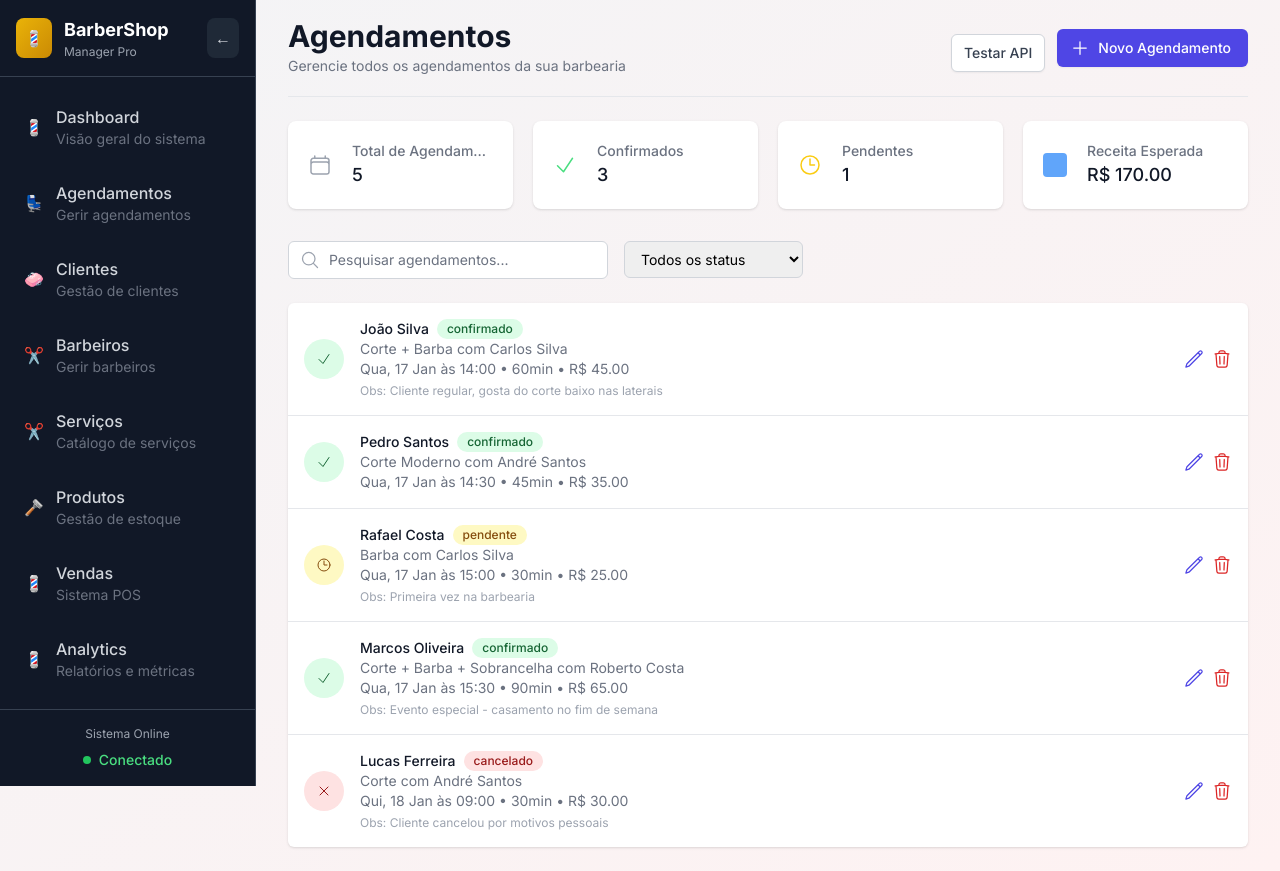
Repository: MichelAlmeida1990/App-Barber-
Page: /admin/appointments (app in frontend/)
An editor plug-in stored every save of this project. The page is shown before and after the next save, followed by the edit.
The browser window is 1280 px wide. The pictures show the whole page.
The page's requests for data from a server got no answer. The project was rebuilt for these pictures with package versions that can differ from the ones it lists, and the page was loaded fresh each time. The framework's server and built-in components were replaced by stand-ins that run in the browser. No one was signed in, and anything a server would have sent is missing. Also part of the build but not shown: frontend/next.config.js, frontend/next.config.ts.

Above is the page before, as saved 2025-07-20 13:28:56.

After the next save:
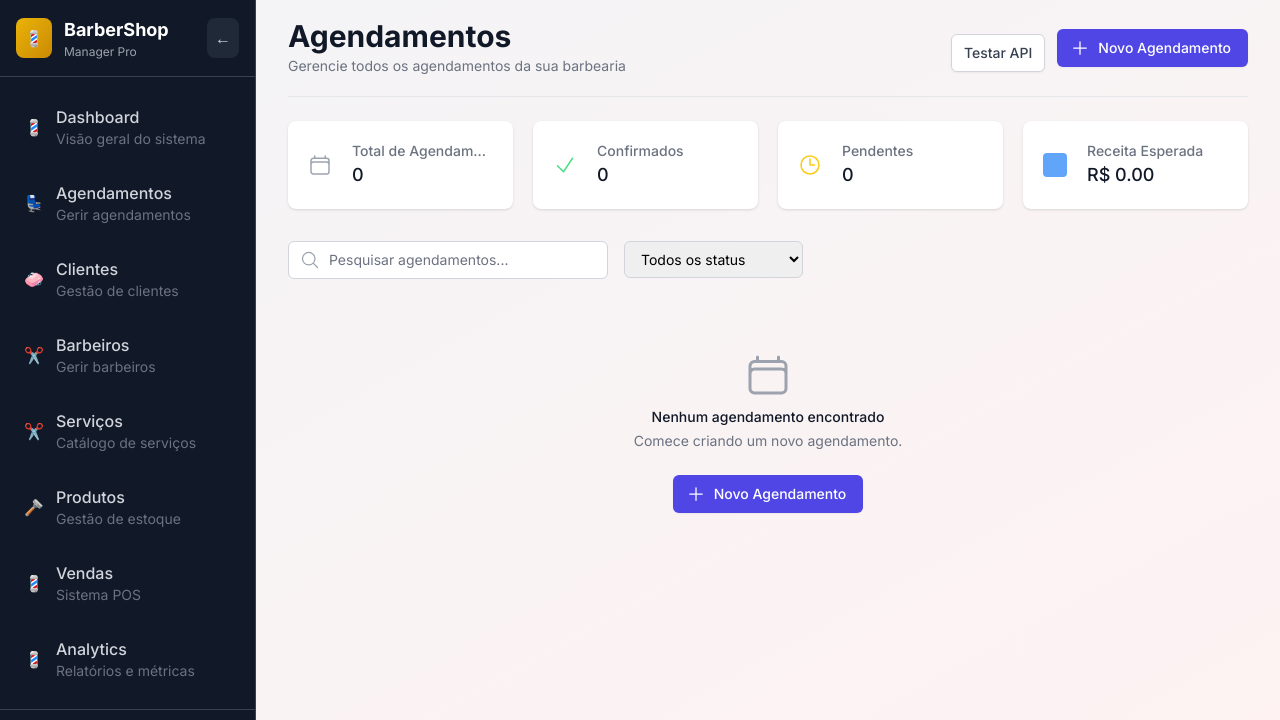
Saved 19 min 14 s later.
--- a/frontend/src/app/admin/appointments/page.tsx
+++ b/frontend/src/app/admin/appointments/page.tsx
@@ -1,6 +1,6 @@
 'use client';
 
-import { useState, useMemo, useCallback, memo } from 'react';
+import { useState, useMemo, useCallback, memo, useEffect } from 'react';
 import dynamic from 'next/dynamic';
 import AdminLayout from '@/components/AdminLayout';
 import {
@@ -203,11 +203,58 @@ const mockAppointments = [
 ];
 
 export default function AppointmentsPage() {
-  const [appointments, setAppointments] = useState(mockAppointments);
+  const [appointments, setAppointments] = useState([]);
   const [searchTerm, setSearchTerm] = useState('');
   const [statusFilter, setStatusFilter] = useState('todos');
-  const [loading, setLoading] = useState(false);
+  const [loading, setLoading] = useState(true);
   const [isModalOpen, setIsModalOpen] = useState(false);
+
+  // Carregar agendamentos da API
+  const loadAppointments = useCallback(async () => {
+    setLoading(true);
+    try {
+      const response = await fetch('http://127.0.0.1:8000/api/v1/appointments/admin/all');
+      if (response.ok) {
+        const data = await response.json();
+        console.log('Agendamentos carregados:', data);
+
+        // Converter dados da API para o formato esperado pelo frontend
+        const formattedAppointments = data.map((appointment: any) => ({
+          id: appointment.id.toString(),
+          clientName: appointment.client_name || 'Cliente',
+          barberName: appointment.barber_name || 'Barbeiro',
+          service: appointment.services?.map((s: any) => s.name).join(', ') || 'Serviço',
+          date: appointment.appointment_date,
+          time: appointment.time,
+          duration: appointment.total_duration || 60,
+          price: appointment.total_price || 0,
+          status: appointment.status === 'SCHEDULED' ? 'pendente' : appointment.status?.toLowerCase() || 'pendente',
+          notes: appointment.notes || ''
+        }));
+
+        setAppointments(formattedAppointments);
+      } else {
+        console.error('Erro ao carregar agendamentos:', response.status);
+        toast.error('Erro ao carregar agendamentos');
+      }
+    } catch (error) {
+      console.error('Erro ao carregar agendamentos:', error);
+      toast.error('Erro ao conectar com o servidor');
+    } finally {
+      setLoading(false);
+    }
+  }, []);
+
+  // Carregar dados na inicialização
+  useEffect(() => {
+    loadAppointments();
+  }, [loadAppointments]);
+
+  // Atualizar dados a cada 30 segundos
+  useEffect(() => {
+    const interval = setInterval(loadAppointments, 30000);
+    return () => clearInterval(interval);
+  }, [loadAppointments]);
 
   // Memoized filtered appointments with safe property access
   const filteredAppointments = useMemo(() => {
